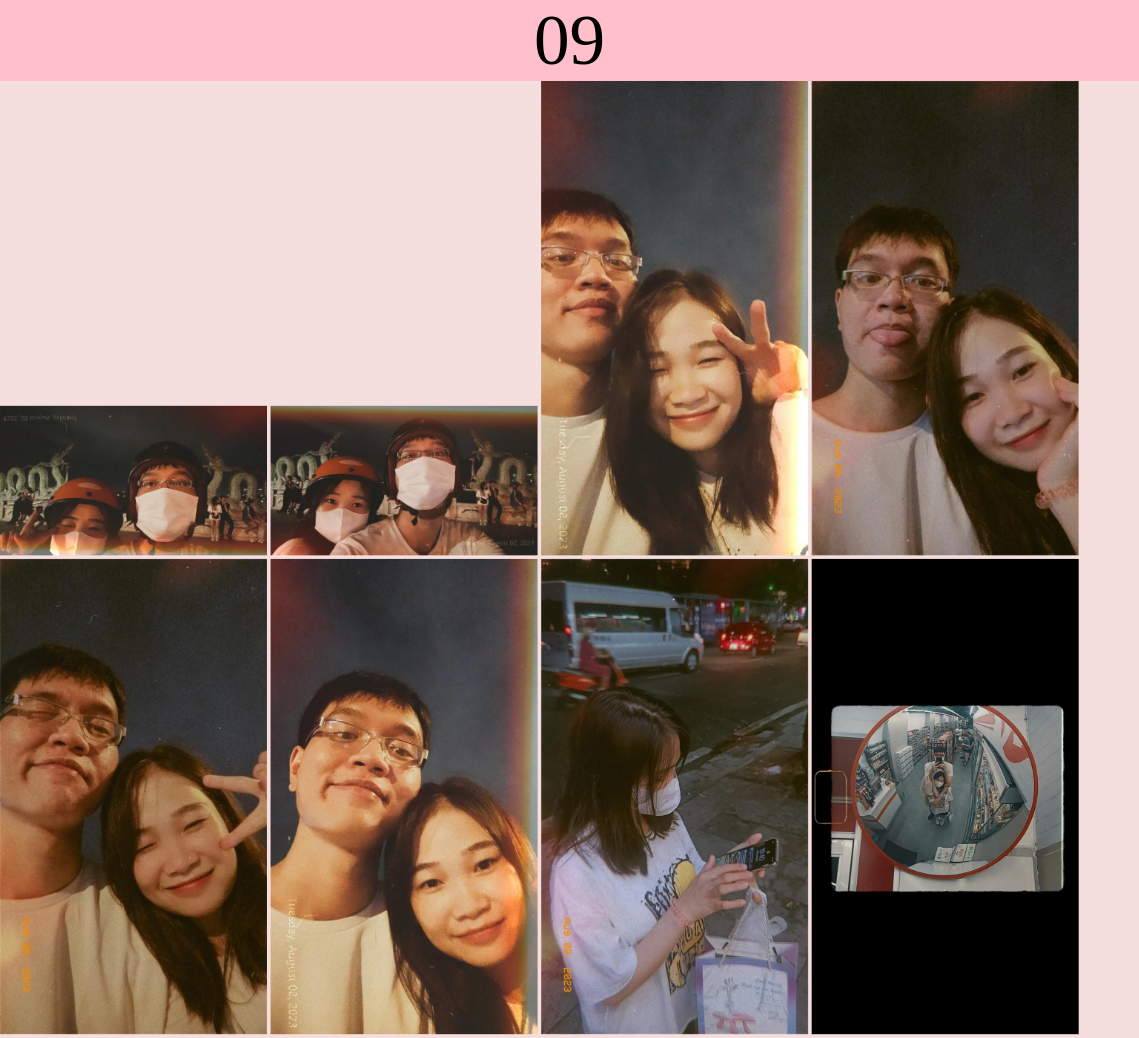
Repository: Hanhanh06/0907
Page: code/0908.html
An editor plug-in stored every save of this project. The page is shown before and after a run of saves, followed by the edit.
The browser window is 1280 px wide. The pictures show the whole page, at 89% of full size.

Above is the page before, as saved 2023-08-11 17:21:13.

After the next 2 saves:
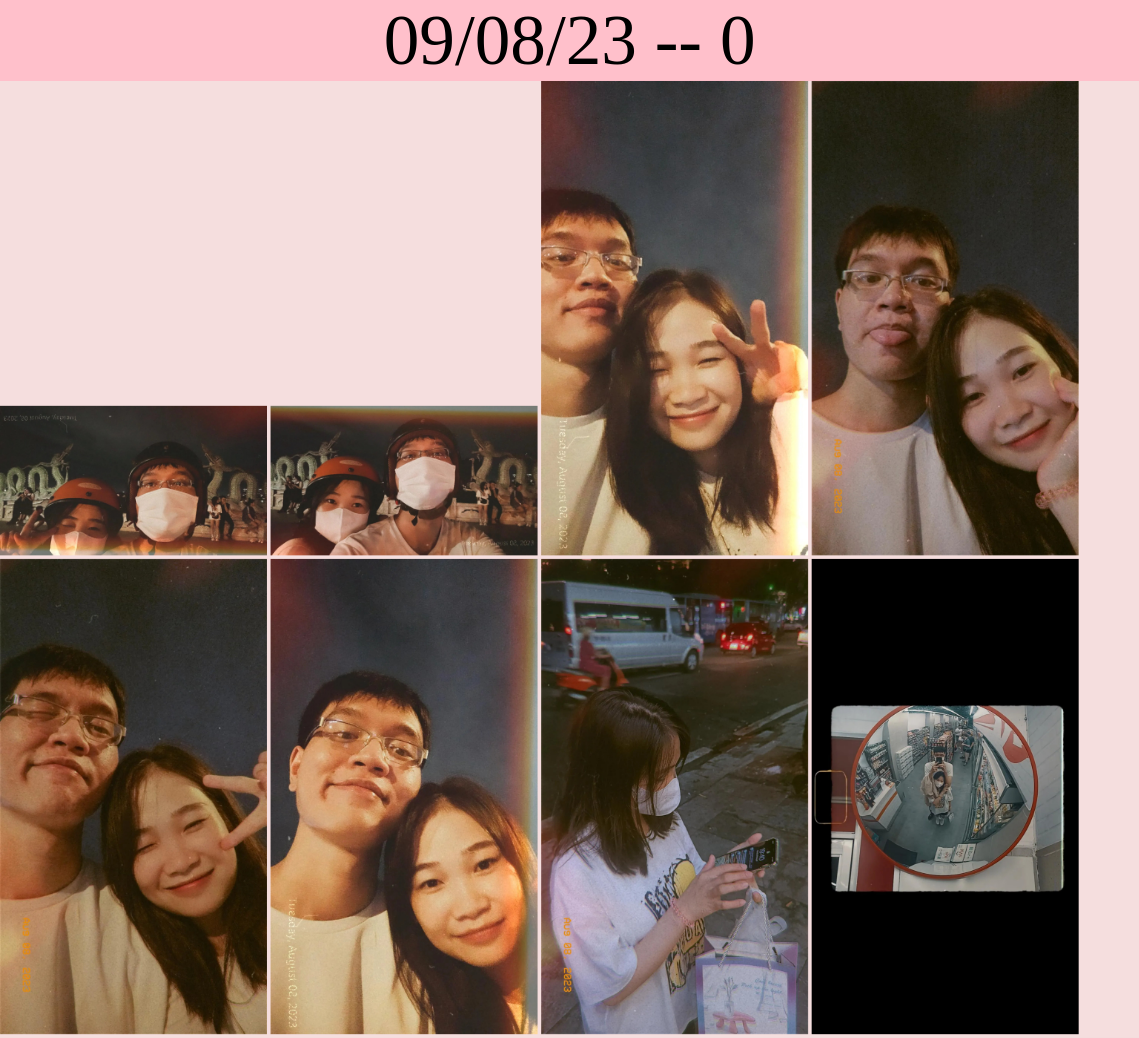
The 2 saves are shown as one change because they came seconds apart.
The last was saved 7 s later.
--- a/code/0908.html
+++ b/code/0908.html
@@ -27,7 +27,7 @@
         </head>
         <body>
 
-        <center> <div style="background-color: pink; font-size: 80px; "> 09</div></center>
+        <center> <div style="background-color: pink; font-size: 80px; "> 09/08/23 -- 0</div></center>
        <img src="001.jpg" alt="Hình ảnh không tồn tại" width="300px" >
        <!-- <p style="color: crimson;font-size: 16px;"> đi Hồ Tây nè! </p> -->
        <img src="002.jpg" alt="Hình ảnh không tồn tại" width="300px">
